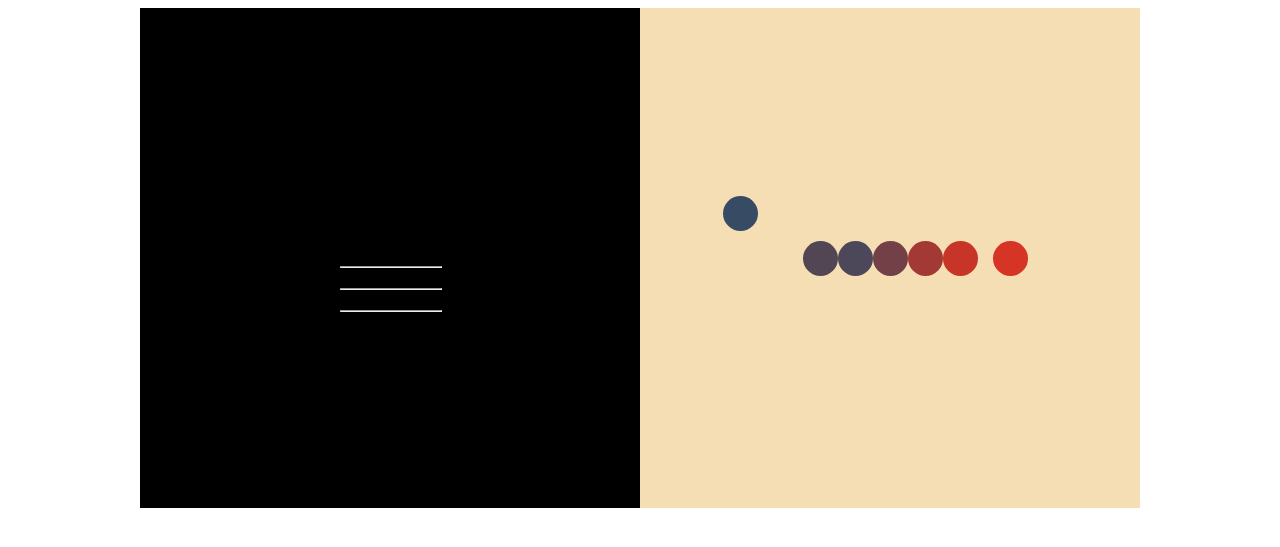
Repository: batonAnton/Hw-Lec10-animation
Page: index.html
An editor plug-in stored every save of this project. The page is shown before and after the next save, followed by the edit.
The browser window is 1280 px wide. The pictures show the whole page.

Above is the page before, as saved 2022-07-16 15:32:56.

### index.html
<!DOCTYPE html>
<html lang="en">
<head>
    <meta charset="UTF-8">
    <meta http-equiv="X-UA-Compatible" content="IE=edge">
    <meta name="viewport" content="width=device-width, initial-scale=1.0">
    <link rel="stylesheet" href="css/style.css">
    <title>Animation</title>
</head>
<body>
        <div class="wrapper">
            <div class="block">
                <div class="cross-line">
                    <hr class="first-line">
                    <hr class="second-line">
                    <hr class="third-line">
                </div>
            </div>
            <div class="allcircle">
                <div class="circle1 circle"></div>
                <div class="circle2 circle"></div>
                <div class="circle3 circle"></div>
                <div class="circle4 circle"></div>
                <div class="circle5 circle"></div>
                <div class="circle6 circle"></div>
                <div class="circle7 circle"></div>
            </div>
        </div>
</body>
</html>

### css/style.css
.wrapper{
    display:flex;
    justify-content: center;
    position: relative;
}
.block{
    background-color: black;
    width: 500px;
    height: 500px;
    display:flex;
    justify-content: center;
}

.cross-line{
    width: 100px;
    height: 100px;
    top: 50%;
    position:absolute;
}

hr{
    background-color: #fff;
    width: 100px;
}

.second-line{
    margin-bottom: 20px;
    margin-top: 20px;
    transition: all 0.3s ease-in-out;

}

.second-line{
    transition: all 0.3s ease-in-out;

}

.third-line{
    transition: all 0.3s ease-in-out;
}





.cross-line:hover .first-line {
    box-shadow: 0.4em 0 0.6em 0.2em rgb(190, 40, 204);
    transition: all 0.3s ease-in-out;
    transform: translateY(18px) translateX(0px) rotate(45deg);


}
.cross-line:hover .second-line {
    transition: all 0.3s ease-in-out;
    box-shadow: 0.4em 0 0.6em 0.2em rgb(190, 40, 204);
    transform: translateY(-3px) translateX(0px) rotate(-45deg);
}

.cross-line:hover .third-line{
    transition: all 0.3s ease-in-out;
    transform: translateY(-26px) translateX(0px) rotate(-45deg);
}

/* circle */

.allcircle{
    background-color: wheat;
    height: 500px;
    width: 500px;
    display: flex;
    justify-content: center;
    align-items: center;
    position: relative;
}
.circle{
    border-radius: 50%;
    width: 35px;
    height: 35px;
    background-color: rgb(46, 111, 49);

}

.circle:nth-child(1){
    background-color: rgb(55,75,101);
    animation-name: circle1;
    animation-duration: 2s;
    animation-iteration-count: infinite;
    position: absolute;
    margin-left: -210px;

}

.circle:nth-child(2){
    background-color: rgb(82,70,85);

}
.circle:nth-child(3){
    background-color: rgb(77,71,90);
}
.circle:nth-child(4){
    background-color: rgb(115,64,71);
}
.circle:nth-child(5){
    background-color: rgb(163,57,52);
}
.circle:nth-child(6){
    background-color: rgb(198,53,40);
}
.circle:nth-child(7){
    background-color: rgb(214,53,37);
    animation-name: circle2;
    animation-duration: 2s;
    animation-iteration-count: infinite;
    /* animation-delay: 20s; */
    position: absolute;
    margin-left: 210px;
    transition: 2s ease-in-out;

}

@keyframes circle2{
    0%{
        /* left:120px;
        top: 50px; */
    }

    25%{
        margin-left: 220px;
        margin-top: 0px;
    }

    50%{
        margin-left: 240px;
        /* margin-top: -70px; */
    }

    75%{

            margin-left: 260px;
            /* margin-top: -35px; */
    }
    /*100%{
        margin-left: 210px;
    } */
}

@keyframes circle1{
    0%{
        /* margin-left:-10px;
        margin-top: 0px; */
    }

    50%{
        margin-right: 90px;
        margin-top: -90px;
    }
    100%{

    }
}

After the next save:
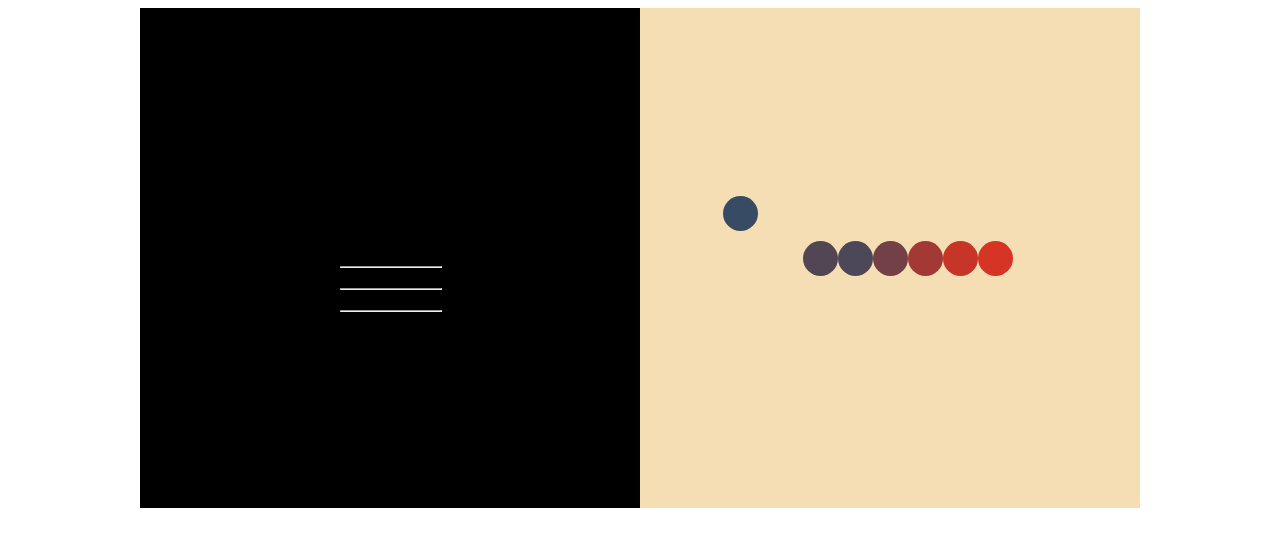
Saved 5 min 56 s later.
--- a/css/style.css
+++ b/css/style.css
@@ -90,6 +90,22 @@ hr{
 
 }
 
+@keyframes circle1{
+    0%{
+        /* margin-left:-10px;
+        margin-top: 0px; */
+    }
+
+    50%{
+        margin-right: 90px;
+        margin-top: -90px;
+    }
+    100%{
+
+    }
+}
+
+
 .circle:nth-child(2){
     background-color: rgb(82,70,85);
 
@@ -111,7 +127,7 @@ hr{
     animation-name: circle2;
     animation-duration: 2s;
     animation-iteration-count: infinite;
-    /* animation-delay: 20s; */
+    animation-delay: 50s;
     position: absolute;
     margin-left: 210px;
     transition: 2s ease-in-out;
@@ -124,37 +140,12 @@ hr{
         top: 50px; */
     }
 
-    25%{
-        margin-left: 220px;
-        margin-top: 0px;
+
+
+    50%{
+        margin-left: 300px;
+        margin-top: -90px;
     }
 
-    50%{
-        margin-left: 240px;
-        /* margin-top: -70px; */
-    }
 
-    75%{
-
-            margin-left: 260px;
-            /* margin-top: -35px; */
-    }
-    /*100%{
-        margin-left: 210px;
-    } */
 }
-
-@keyframes circle1{
-    0%{
-        /* margin-left:-10px;
-        margin-top: 0px; */
-    }
-
-    50%{
-        margin-right: 90px;
-        margin-top: -90px;
-    }
-    100%{
-
-    }
-}
